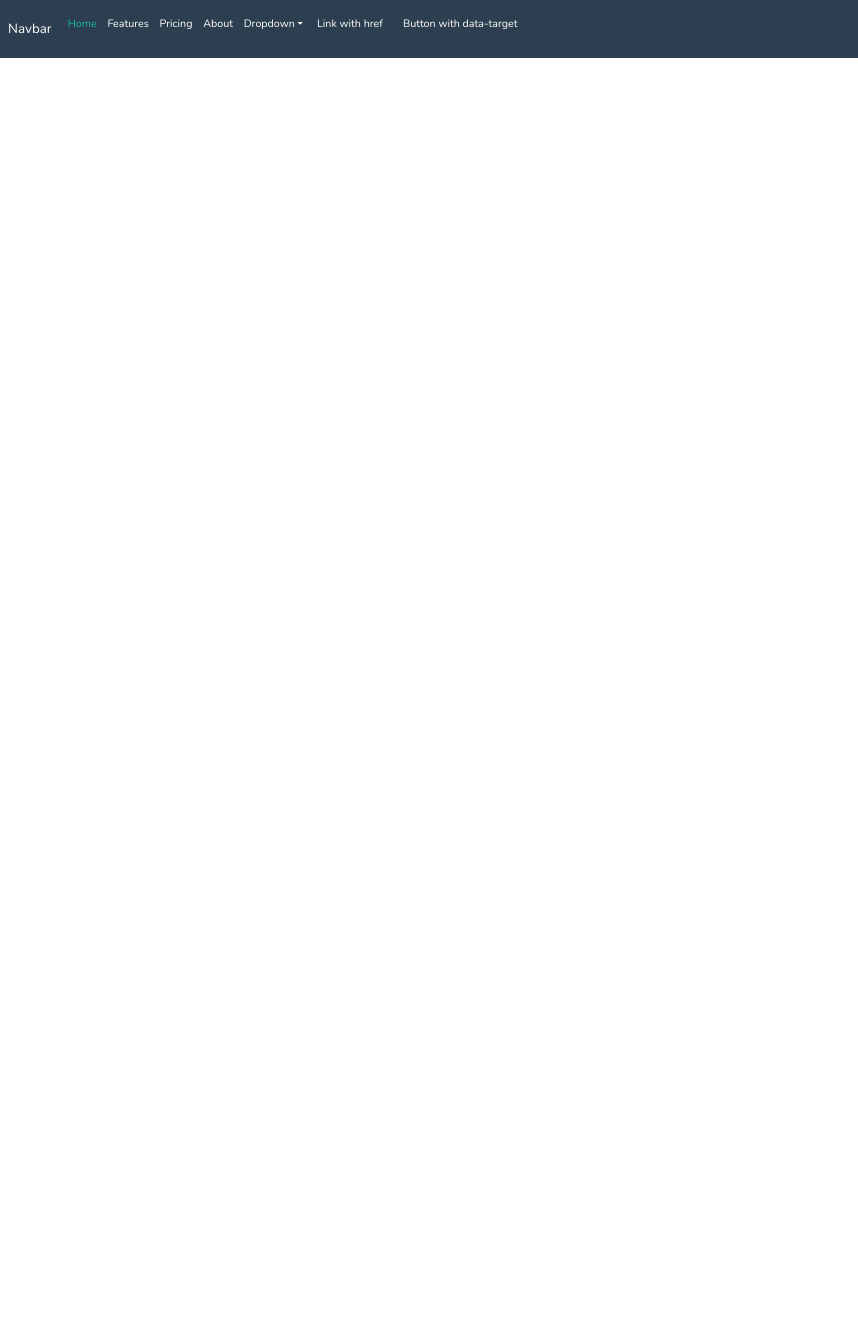
Repository: WaiMaungMaung/Mgr-site
Page: http://localhost/
An editor plug-in stored every save of this project. The page is shown before and after the next save, followed by the edit.
The browser window is 1280 px wide. The pictures show the whole page, at 67% of full size.
The page is served by the project's Laravel application, run on PHP 8.4 with Laravel 9.

Above is the page before, as saved 2022-04-05 16:56:51.

After the next save:
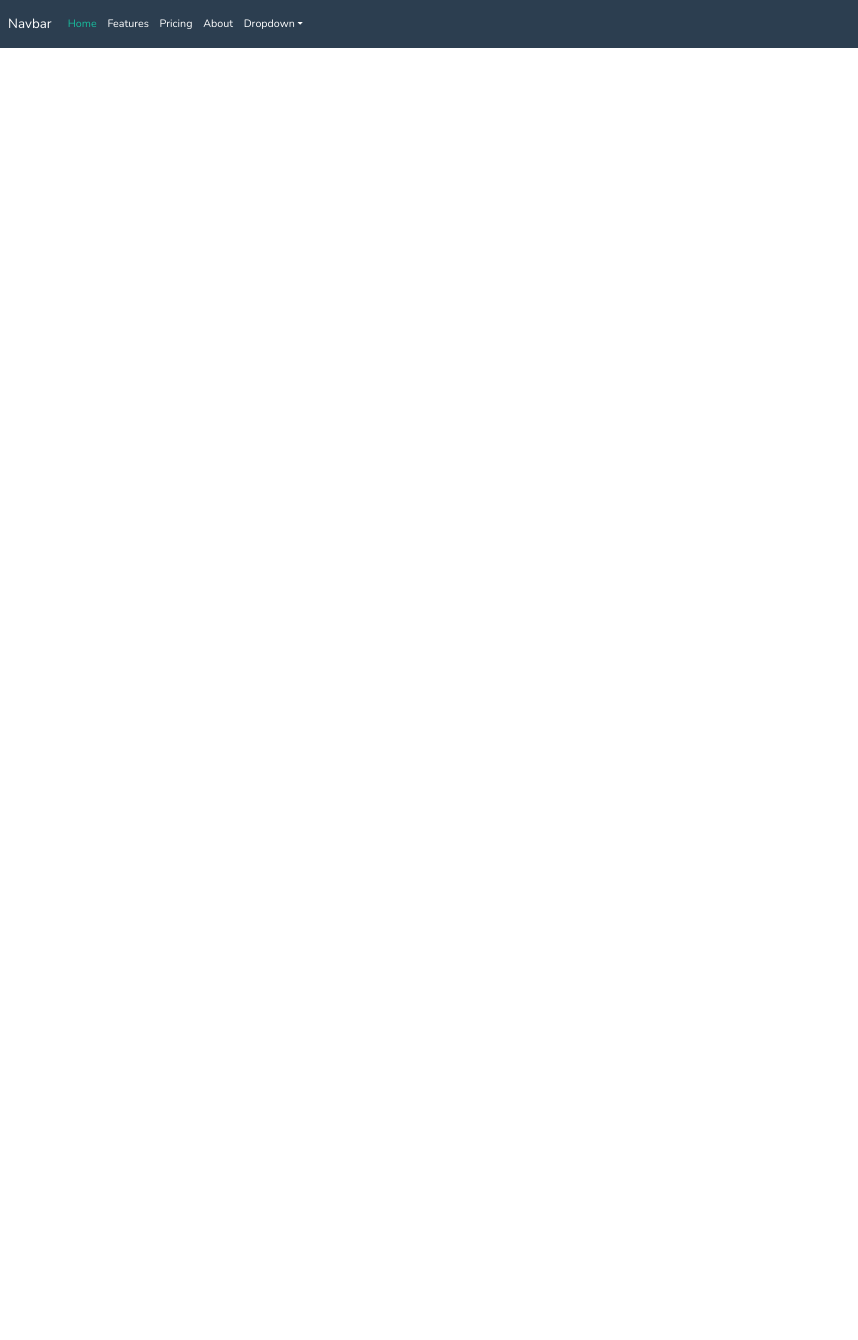
Saved 23 s later.
--- a/resources/views/welcome.blade.php
+++ b/resources/views/welcome.blade.php
@@ -35,25 +35,6 @@
                             <a class="dropdown-item" href="#">Separated link</a>
                         </div>
                     </li>
-                    <li class="nav-item">
-                        <p>
-                            <a class="btn btn-primary" data-toggle="collapse" href="#collapseExample" role="button"
-                                aria-expanded="false" aria-controls="collapseExample">
-                                Link with href
-                            </a>
-                            <button class="btn btn-primary" type="button" data-toggle="collapse"
-                                data-target="#collapseExample" aria-expanded="false" aria-controls="collapseExample">
-                                Button with data-target
-                            </button>
-                        </p>
-                        <div class="collapse" id="collapseExample">
-                            <div class="card card-body">
-                                Anim pariatur cliche reprehenderit, enim eiusmod high life accusamus terry richardson ad
-                                squid. Nihil anim keffiyeh helvetica, craft beer labore wes anderson cred nesciunt
-                                sapiente ea proident.
-                            </div>
-                        </div>
-                    </li>
                 </ul>
 
             </div>
